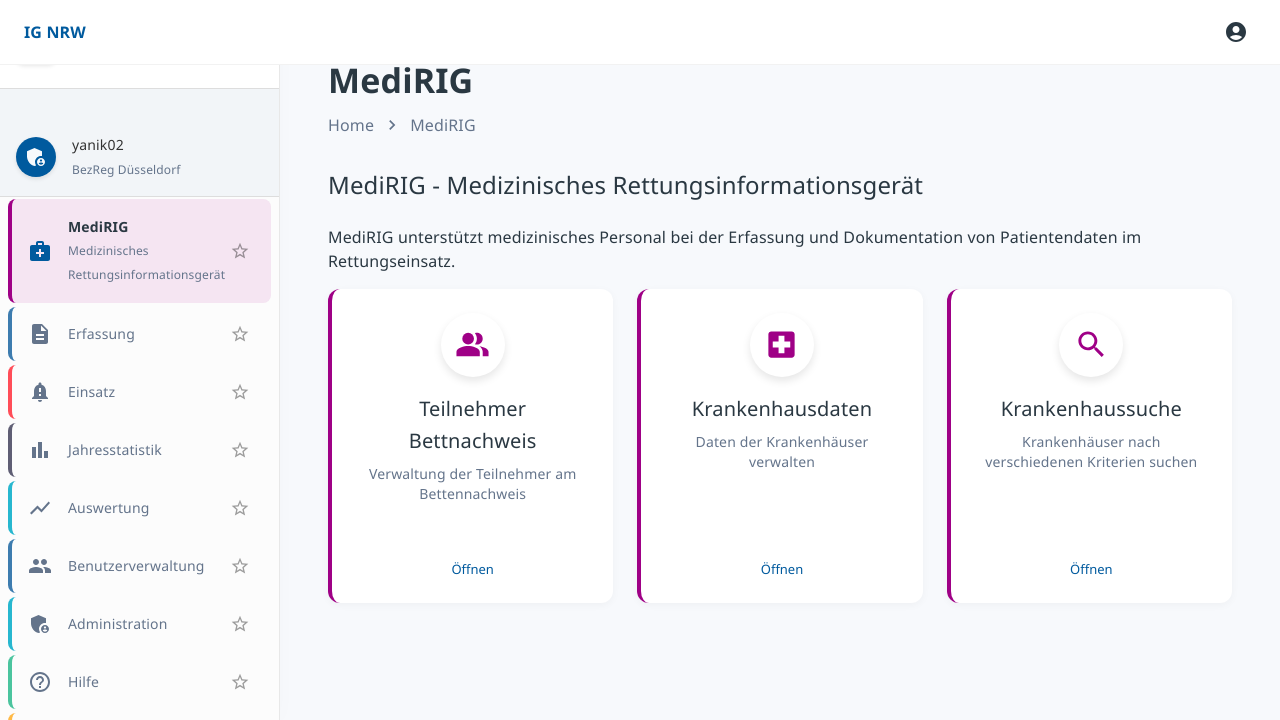
Repository: bynrw/sidebar
Page: /medirig
The author's editor kept a copy of each file at every save. The page is drawn from the files as they stood at one save, then again after the next save.
The browser window is 1280 px wide. The pictures show the whole page.
The project was rebuilt for these pictures with package versions that can differ from the ones it lists, and the page was loaded fresh each time. Also part of the build but not shown: src/components/pages/HomePage.js, src/components/pages/Info.js, src/components/pages/Jahresstatistik.js.

Above is the page before, as saved 2025-04-23 10:34:08.

### public/index.html
<!DOCTYPE html>
<html lang="en">
  <head>
    <meta charset="utf-8" />
    <link rel="icon" href="%PUBLIC_URL%/favicon.ico" />
    <meta name="viewport" content="width=device-width, initial-scale=1" />
    <meta name="theme-color" content="#000000" />
    <meta
      name="description"
      content="Modern React Application with Material UI"
    />
    <link rel="apple-touch-icon" href="%PUBLIC_URL%/logo192.png" />
    <link rel="manifest" href="%PUBLIC_URL%/manifest.json" />
    <link
      rel="stylesheet"
      href="https://fonts.googleapis.com/css?family=Roboto:300,400,500,700&display=swap"
    />
    <title>React App with Modern Sidebar</title>
  </head>
  <body>
    <noscript>You need to enable JavaScript to run this app.</noscript>
    <div id="root"></div>
  </body>
</html>

### src/index.js
import React from 'react';
import ReactDOM from 'react-dom/client';
import { BrowserRouter } from 'react-router-dom';
import App from './App';
import { CssBaseline } from '@mui/material';
import { ThemeProvider, createTheme } from '@mui/material/styles';

// Create a theme instance with modern colors
const theme = createTheme({
  palette: {
    primary: {
      main: '#1976d2',
    },
    secondary: {
      main: '#dc004e',
    },
    background: {
      default: '#f5f5f5',
    },
  },
  typography: {
    fontFamily: '"Roboto", "Helvetica", "Arial", sans-serif',
  },
});

const root = ReactDOM.createRoot(document.getElementById('root'));
root.render(
  <React.StrictMode>
    <ThemeProvider theme={theme}>
      <CssBaseline />
      <BrowserRouter>
        <App />
      </BrowserRouter>
    </ThemeProvider>
  </React.StrictMode>
);

### src/App.js
import React from 'react';
import { Routes, Route } from 'react-router-dom';
import { ThemeProvider, CssBaseline } from '@mui/material';
import theme from './theme';

// Layout
import MainLayout from './components/layout/MainLayout';

// Pages
import HomePage from './components/pages/HomePage';
import Erfassung from './components/pages/Erfassung';
import Auswertung from './components/pages/Auswertung';
import Administration from './components/pages/Administration';
import Hilfe from './components/pages/Hilfe';
import Info from './components/pages/Info';
import Einsatz from './components/pages/Einsatz';
import Benutzerverwaltung from './components/pages/Benutzerverwaltung';
import MediRIG from './components/pages/MediRIG';
import Jahresstatistik from './components/pages/Jahresstatistik';

function App() {
  return (
    <ThemeProvider theme={theme}>
      <CssBaseline />
      <Routes>
        <Route path="/" element={<MainLayout />}>
          <Route index element={<HomePage />} />
          <Route path="erfassung/*" element={<Erfassung />} />
          <Route path="medirig/*" element={<MediRIG />} />
          <Route path="auswertung/*" element={<Auswertung />} />
          <Route path="administration/*" element={<Administration />} />
          <Route path="hilfe/*" element={<Hilfe />} />
          <Route path="info/*" element={<Info />} />
          <Route path="einsatz/*" element={<Einsatz />} />
          <Route path="benutzerverwaltung/*" element={<Benutzerverwaltung />} />
          <Route path="jahresstatistik/*" element={<Jahresstatistik />} />
        </Route>
      </Routes>
    </ThemeProvider>
  );
}

export default App;

### src/components/pages/Hilfe.js
import React from 'react';
import { Box, Typography, Paper, Breadcrumbs, Link, Container, Grid, Card, CardContent, CardActions, Button } from '@mui/material';
import { Routes, Route, Link as RouterLink, useLocation, useNavigate } from 'react-router-dom';
import NavigateNextIcon from '@mui/icons-material/NavigateNext';
import MenuBookIcon from '@mui/icons-material/MenuBook';
import SchoolIcon from '@mui/icons-material/School';
import QuestionAnswerIcon from '@mui/icons-material/QuestionAnswer';
import theme from '../../theme';

// Untermenü-Struktur
const subMenuItems = [
  {
    title: 'Dokumentation',
    description: 'Vollständige Systemdokumentation einsehen',
    icon: <MenuBookIcon fontSize="large" sx={{ color: 'success.main' }} />,
    path: '/hilfe/dokumentation'
  },
  {
    title: 'Tutorial',
    description: 'Schritt-für-Schritt Anleitungen folgen',
    icon: <SchoolIcon fontSize="large" sx={{ color: 'success.main' }} />,
    path: '/hilfe/tutorial'
  },
  {
    title: 'FAQ',
    description: 'Antworten auf häufig gestellte Fragen',
    icon: <QuestionAnswerIcon fontSize="large" sx={{ color: 'success.main' }} />,
    path: '/hilfe/faq'
  }
];

// Subpages
const Dokumentation = () => (
  <Paper sx={{ p: 3 }}>
    <Typography variant="h5" gutterBottom>Dokumentation</Typography>
    <Typography variant="body1">Ausführliche Dokumentation zum System.</Typography>
  </Paper>
);

const Tutorial = () => (
  <Paper sx={{ p: 3 }}>
    <Typography variant="h5" gutterBottom>Tutorial</Typography>
    <Typography variant="body1">Schritt-für-Schritt Anleitungen für Systemfunktionen.</Typography>
  </Paper>
);

const FAQ = () => (
  <Paper sx={{ p: 3 }}>
    <Typography variant="h5" gutterBottom>FAQ</Typography>
    <Typography variant="body1">Häufig gestellte Fragen und deren Antworten.</Typography>
  </Paper>
);

function Hilfe() {
  const location = useLocation();
  const navigate = useNavigate();
  const pathSegments = location.pathname.split('/').filter(Boolean);

  return (
    <Container maxWidth="lg">
      <Box sx={{ mb: 4 }}>
        <Typography variant="h4" gutterBottom>Hilfe</Typography>
        <Breadcrumbs
          separator={<NavigateNextIcon fontSize="small" />}
          aria-label="breadcrumb"
          sx={{ mb: 3 }}
        >
          <Link component={RouterLink} to="/" underline="hover" color="inherit">
            Home
          </Link>
          <Link component={RouterLink} to="/hilfe" underline="hover" color="inherit">
            Hilfe
          </Link>
          {pathSegments.length > 1 && (
            <Typography color="text.primary">
              {pathSegments[1].charAt(0).toUpperCase() + pathSegments[1].slice(1)}
            </Typography>
          )}
        </Breadcrumbs>
      </Box>

      <Box sx={{ mb: 3 }}>
        <Routes>
          <Route index element={
            <Box>
              <Typography variant="h5" gutterBottom sx={{ mb: 3 }}>Hilfebereich</Typography>
              <Typography variant="body1" paragraph>
                In diesem Bereich finden Sie Hilfestellungen, Dokumentationen und Tutorials zur Verwendung des Systems.
              </Typography>

              <Grid container spacing={3}>
                {subMenuItems.map((item) => (
                  <Grid item xs={12} sm={6} md={4} key={item.title}>
                    <Card
                      sx={{
                        height: '100%',
                        display: 'flex',
                        flexDirection: 'column',
                        transition: 'transform 0.2s, box-shadow 0.2s',
                        '&:hover': {
                          transform: 'translateY(-5px)',
                          boxShadow: 4,
                        },
                        cursor: 'pointer',
                        borderRadius: 3,
                        border: '1px solid rgba(0,0,0,0.05)',
                        borderLeft: `4px solid ${theme.palette.success.main}`
                      }}
                      onClick={() => navigate(item.path)}
                    >
                      <CardContent sx={{ padding: 3, flexGrow: 1, display: 'flex', flexDirection: 'column', alignItems: 'center', textAlign: 'center' }}>
                        <Box sx={{ mb: 2, display: 'flex', justifyContent: 'center' }}>
                          {item.icon}
                        </Box>
                        <Typography variant="h6" component="h2" gutterBottom>
                          {item.title}
                        </Typography>
                        <Typography variant="body2" color="text.secondary">
                          {item.description}
                        </Typography>
                      </CardContent>
                      <CardActions sx={{ justifyContent: 'center', pb: 2 }}>
                        <Button size="small" color="success" onClick={() => navigate(item.path)}>
                          Öffnen
                        </Button>
                      </CardActions>
                    </Card>
                  </Grid>
                ))}
              </Grid>
            </Box>
          } />
          <Route path="dokumentation" element={<Dokumentation />} />
          <Route path="tutorial" element={<Tutorial />} />
          <Route path="faq" element={<FAQ />} />
        </Routes>
      </Box>
    </Container>
  );
}

export default Hilfe;

### src/components/pages/MediRIG.js
import React from 'react';
import { Box, Typography, Paper, Breadcrumbs, Link, Container, Grid } from '@mui/material';
import { Routes, Route, Link as RouterLink, useLocation, useNavigate } from 'react-router-dom';
import NavigateNextIcon from '@mui/icons-material/NavigateNext';
import PeopleAltIcon from '@mui/icons-material/PeopleAlt';
import LocalHospitalIcon from '@mui/icons-material/LocalHospital';
import SearchIcon from '@mui/icons-material/Search';
import CustomCard from '../layout/CustomCard';

// MediRIG Untermenüs
const mediRIGSubMenuItems = [
  {
    title: 'Teilnehmer Bettnachweis',
    description: 'Verwaltung der Teilnehmer am Bettennachweis',
    icon: <PeopleAltIcon fontSize="large" sx={{ color: 'medical.main' }} />,
    path: '/medirig/teilnehmer-bettnachweis',
    borderStyle: {
      borderLeft: '4px solid',
      borderColor: 'medical.main'
    }
  },
  {
    title: 'Krankenhausdaten',
    description: 'Daten der Krankenhäuser verwalten',
    icon: <LocalHospitalIcon fontSize="large" sx={{ color: 'medical.main' }} />,
    path: '/medirig/krankenhausdaten',
    borderStyle: {
      borderLeft: '4px solid',
      borderColor: 'medical.main'
    }
  },
  {
    title: 'Krankenhaussuche',
    description: 'Krankenhäuser nach verschiedenen Kriterien suchen',
    icon: <SearchIcon fontSize="large" sx={{ color: 'medical.main' }} />,
    path: '/medirig/krankenhaussuche',
    borderStyle: {
      borderLeft: '4px solid',
      borderColor: 'medical.main'
    }
  }
];

// MediRIG Subcomponents
const TeilnehmerBettnachweis = () => (
  <Paper sx={{ p: 3 }}>
    <Typography variant="h5" gutterBottom>Teilnehmer Bettnachweis</Typography>
    <Typography variant="body1">Verwaltung und Übersicht aller Teilnehmer am Bettennachweis.</Typography>
  </Paper>
);

const Krankenhausdaten = () => (
  <Paper sx={{ p: 3 }}>
    <Typography variant="h5" gutterBottom>Krankenhausdaten</Typography>
    <Typography variant="body1">Hier können Sie die Daten der Krankenhäuser einsehen und bearbeiten.</Typography>
  </Paper>
);

const Krankenhaussuche = () => (
  <Paper sx={{ p: 3 }}>
    <Typography variant="h5" gutterBottom>Krankenhaussuche</Typography>
    <Typography variant="body1">Suchen Sie nach Krankenhäusern anhand verschiedener Kriterien.</Typography>
  </Paper>
);

function MediRIG() {
  const location = useLocation();
  const navigate = useNavigate();
  const pathSegments = location.pathname.split('/').filter(Boolean);

  return (
    <Container maxWidth="lg">
      <Box sx={{ mb: 4 }}>
        <Typography variant="h4" gutterBottom>MediRIG</Typography>
        <Breadcrumbs
          separator={<NavigateNextIcon fontSize="small" />}
          aria-label="breadcrumb"
          sx={{ mb: 3 }}
        >
          <Link component={RouterLink} to="/" underline="hover" color="inherit">
            Home
          </Link>
          <Link component={RouterLink} to="/medirig" underline="hover" color="inherit">
            MediRIG
          </Link>
          {pathSegments.length > 1 && (
            <Typography color="text.primary">
              {pathSegments[1].split('-').map(word => word.charAt(0).toUpperCase() + word.slice(1)).join(' ')}
            </Typography>
          )}
        </Breadcrumbs>
      </Box>

      <Box sx={{ mb: 3 }}>
        <Routes>
          <Route index element={
            <Box>
              <Typography variant="h5" gutterBottom sx={{ mb: 3 }}>MediRIG - Medizinisches Rettungsinformationsgerät</Typography>
              <Typography variant="body1" paragraph>
                MediRIG unterstützt medizinisches Personal bei der Erfassung und Dokumentation von Patientendaten im Rettungseinsatz.
              </Typography>

              <Grid container spacing={3}>
                {mediRIGSubMenuItems.map((item) => (
                  <Grid item xs={12} sm={6} md={4} key={item.title}>
                    <CustomCard
                      title={item.title}
                      description={item.description}
                      icon={item.icon}
                      path={item.path}
                      accentColor="medical.main"
                    />
                  </Grid>
                ))}
              </Grid>
            </Box>
          } />

          {/* MediRIG Untermenüs */}
          <Route path="teilnehmer-bettnachweis" element={<TeilnehmerBettnachweis />} />
          <Route path="krankenhausdaten" element={<Krankenhausdaten />} />
          <Route path="krankenhaussuche" element={<Krankenhaussuche />} />
        </Routes>
      </Box>
    </Container>
  );
}

export default MediRIG;

### src/components/layout/CustomCard.js
import React from 'react';
import { Card, CardContent, CardActions, Typography, Box, Button } from '@mui/material';
import { useNavigate } from 'react-router-dom';

/**
 * Einheitliche Kachelkomponente für das gesamte Projekt
 *
 * @param {Object} props - Die Komponenten-Props
 * @param {string} props.title - Titel der Kachel
 * @param {string} props.description - Beschreibung der Kachel
 * @param {React.ReactNode} props.icon - Icon-Komponente
 * @param {string} props.path - Navigationspfad (optional)
 * @param {string} props.accentColor - Akzentfarbe (default: 'primary.main')
 * @param {Object} props.stats - Statistikdaten (optional) { value, unit, change }
 * @param {Object} props.additionalInfo - Zusätzliche Informationen (optional)
 * @param {function} props.onClick - Optionale Click-Handler-Funktion
 */
const CustomCard = ({
  title,
  description,
  icon,
  path,
  accentColor = 'primary.main',
  stats,
  additionalInfo,
  onClick,
  children
}) => {
  const navigate = useNavigate();

  const handleClick = () => {
    if (onClick) {
      onClick();
    } else if (path) {
      navigate(path);
    }
  };

  return (
    <Card
      sx={{
        height: '100%',
        display: 'flex',
        flexDirection: 'column',
        transition: 'transform 0.2s, box-shadow 0.2s',
        '&:hover': {
          transform: 'translateY(-5px)',
          boxShadow: 4,
        },
        cursor: path || onClick ? 'pointer' : 'default',
        borderLeft: '4px solid',
        borderColor: accentColor
      }}
      onClick={handleClick}
    >
      <CardContent sx={{
        padding: 3,
        flexGrow: 1,
        display: 'flex',
        flexDirection: 'column',
        alignItems: 'center',
        textAlign: 'center'
      }}>
        {icon && (
          <Box sx={{
            mb: 2,
            display: 'flex',
            justifyContent: 'center',
            backgroundColor: `${accentColor}15`,  // 15% Transparenz der Akzentfarbe
            borderRadius: '50%',
            padding: '16px',
            width: '64px',
            height: '64px',
            alignItems: 'center',
            boxShadow: '0 4px 8px rgba(0,0,0,0.1)'
          }}>
            {React.cloneElement(icon, {
              fontSize: "large",
              sx: { color: accentColor }
            })}
          </Box>
        )}

        <Typography variant="h6" component="h2" gutterBottom>
          {title}
        </Typography>

        <Typography variant="body2" color="text.secondary" sx={{ mb: 2 }}>
          {description}
        </Typography>

        {stats && (
          <Box sx={{ width: '100%', mt: 1 }}>
            <Typography variant="h4" component="div" sx={{ fontWeight: 'bold' }}>
              {stats.value}{stats.unit && <Typography component="span" variant="body2">{stats.unit}</Typography>}
            </Typography>

            {stats.change && (
              <Typography
                variant="body2"
                sx={{
                  color: stats.change > 0 ? 'success.main' : 'error.main',
                  display: 'flex',
                  alignItems: 'center',
                  justifyContent: 'center'
                }}
              >
                {stats.change > 0 ? '+' : ''}{stats.change}%
              </Typography>
            )}
          </Box>
        )}

        {additionalInfo && (
          <Box sx={{ width: '100%', mt: 2 }}>
            {Object.entries(additionalInfo).map(([key, value]) => (
              <Typography key={key} variant="body2" sx={{ display: 'flex', justifyContent: 'space-between' }}>
                <span>{key}:</span>
                <span>{value}</span>
              </Typography>
            ))}
          </Box>
        )}

        {children}
      </CardContent>

      {path && (
        <CardActions sx={{ justifyContent: 'center', pb: 2 }}>
          <Button size="small" color="primary" onClick={() => navigate(path)}>
            Öffnen
          </Button>
        </CardActions>
      )}
    </Card>
  );
};

export default CustomCard;

Loaded but not shown: src/components/layout/MainLayout.js (1458 lines, source omitted); src/components/pages/Erfassung.js (883 lines, source omitted); src/components/pages/Auswertung.js (332 lines, source omitted); src/components/pages/Administration.js (310 lines, source omitted); src/components/pages/Benutzerverwaltung.js (314 lines, source omitted); src/components/pages/Einsatz.js (238 lines, source omitted); src/theme.js (324 lines, source omitted)

After the next save:
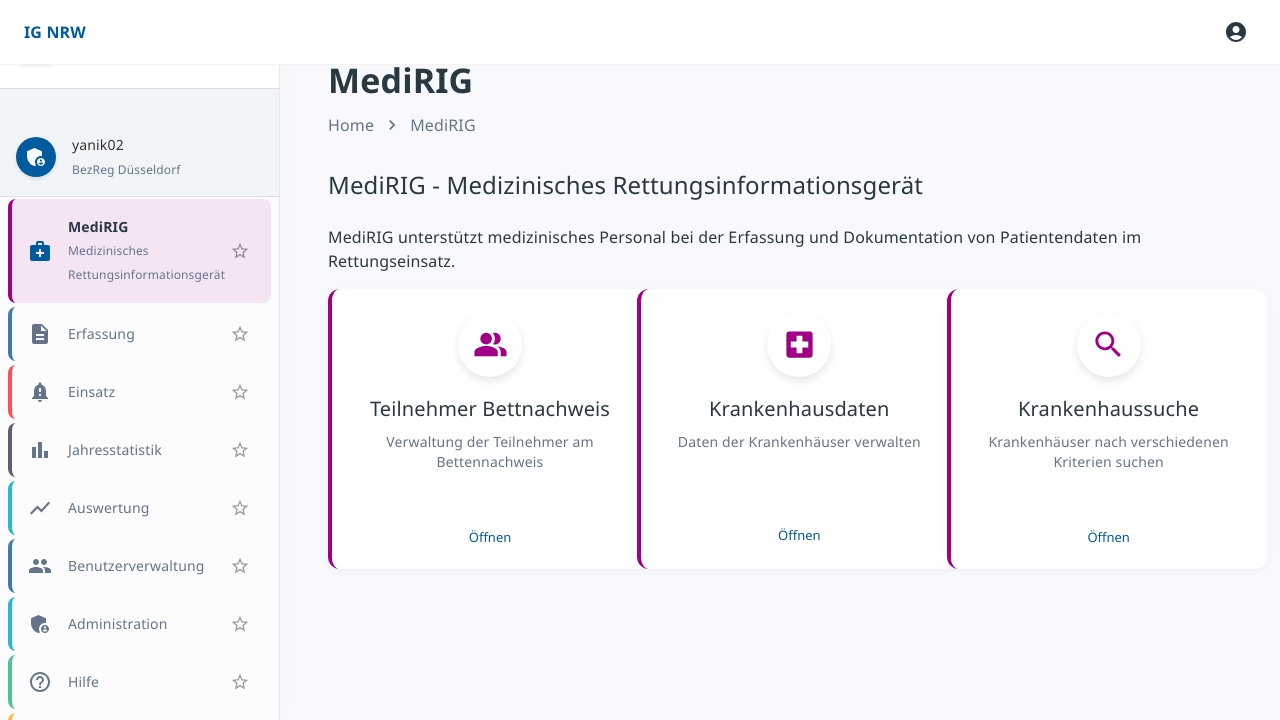
Saved 2 min 26 s later.
--- a/src/components/layout/CustomCard.js
+++ b/src/components/layout/CustomCard.js
@@ -39,7 +39,8 @@ const CustomCard = ({
   return (
     <Card
       sx={{
-        height: '100%',
+        height: '280px',
+        width: '320px',
         display: 'flex',
         flexDirection: 'column',
         transition: 'transform 0.2s, box-shadow 0.2s',
@@ -49,7 +50,8 @@ const CustomCard = ({
         },
         cursor: path || onClick ? 'pointer' : 'default',
         borderLeft: '4px solid',
-        borderColor: accentColor
+        borderColor: accentColor,
+        overflow: 'auto' // Ermöglicht Scrollen, falls der Inhalt zu groß ist
       }}
       onClick={handleClick}
     >
